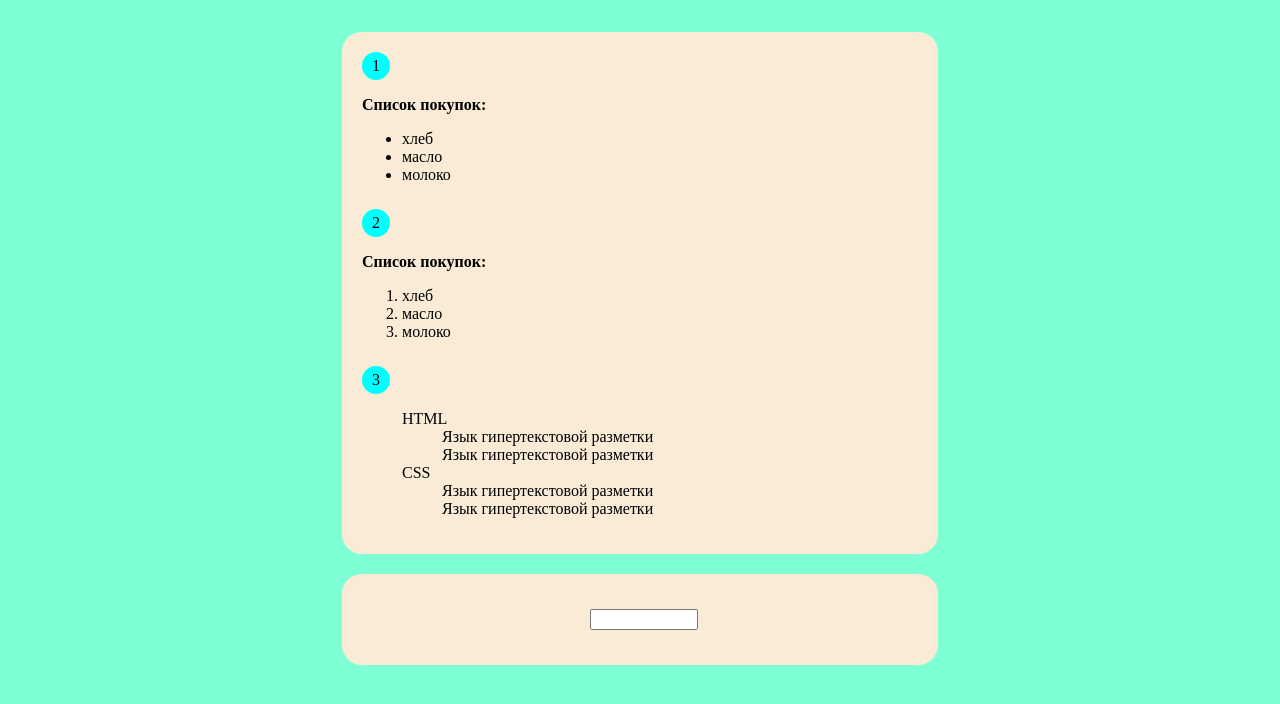
Repository: Savich01/-
Page: html/index.html
These files come from the project's save history. The page is drawn as it stood at one moment and after the next save; the edit follows.
The browser window is 1280 px wide. The pictures show the whole page.

Above is the page before, as saved 2024-05-31 15:05:02.

After the next save:
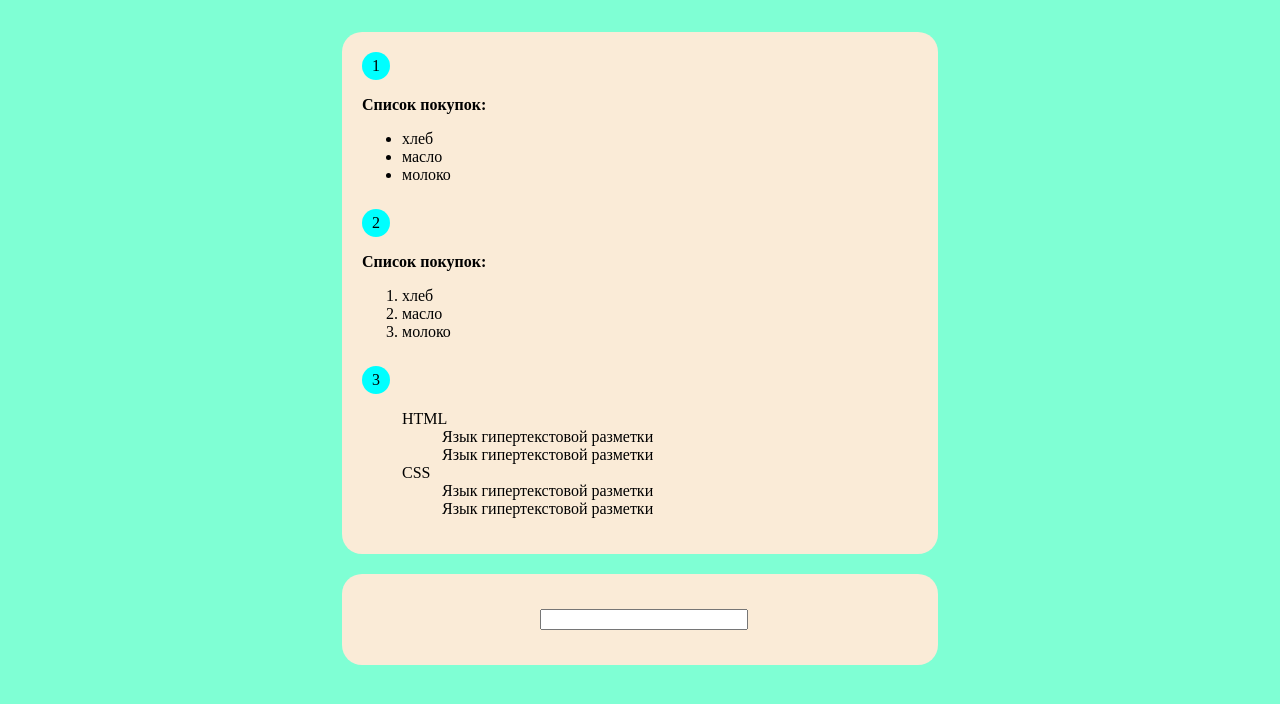
Saved 5 s later.
--- a/css/style.css
+++ b/css/style.css
@@ -48,7 +48,7 @@ body{
 .main-descr{
     margin: 0 auto;
     /* background-color: aliceblue; */
-    max-width: 100px;
+    max-width: 200px;
     padding: 15px;
 }
 .input{
